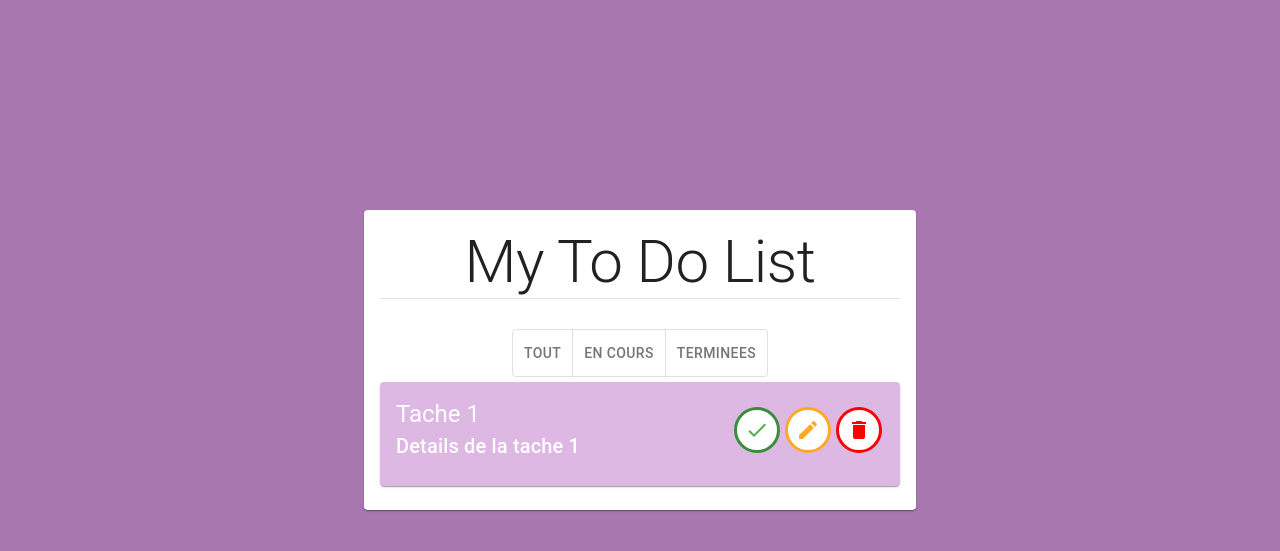
Repository: Fathiyasmine/Todo-list-project
Page: /
The author's editor kept a copy of each file at every save. The page is drawn from the files as they stood at one save, then again after the next save.
The browser window is 1280 px wide. The pictures show the whole page.
The project was rebuilt for these pictures with package versions that can differ from the ones it lists, and the page was loaded fresh each time.

Above is the page before, as saved 2025-12-08 12:02:14.

### src/App.jsx
import "./App.css";
import ToDoList from "./components/ToDoList";
import { createTheme, ThemeProvider } from "@mui/material/styles";
const theme = createTheme({
  Typography: {
    fontFamily: ["Roboto"],
  },
});

function App() {
  return (
    <ThemeProvider theme={theme}>
      <div
        className="App"
        style={{
          display: "flex",
          justifyContent: "center",
          alignItems: "center",
          background: "#a877b0",
          height: "100vh",
        }}
      >
        <ToDoList />
      </div>
    </ThemeProvider>
  );
}

export default App;

### src/App.css
body {
  font-family: C !important;
}
.App {
  text-align: center;
}

.App-logo {
  height: 40vmin;
  pointer-events: none;
}

@media (prefers-reduced-motion: no-preference) {
  .App-logo {
    animation: App-logo-spin infinite 20s linear;
  }
}

.App-header {
  background-color: #282c34;
  min-height: 100vh;
  display: flex;
  flex-direction: column;
  align-items: center;
  justify-content: center;
  font-size: calc(10px + 2vmin);
  color: white;
}

.App-link {
  color: #61dafb;
}

@keyframes App-logo-spin {
  from {
    transform: rotate(0deg);
  }
  to {
    transform: rotate(360deg);
    -webkit-transform: rotate(360deg);
    -moz-transform: rotate(360deg);
    -ms-transform: rotate(360deg);
    -o-transform: rotate(360deg);
  }
}

.iconButton {
  transition: all 0.2s !important;
  -webkit-transition: all 0.2s !important;
  -moz-transition: all 0.2s !important;
  -ms-transition: all 0.2s !important;
  -o-transition: all 0.2s !important;
}
.iconButton:hover {
  background-color: rgba(223, 210, 232, 0.986) !important;
  box-shadow: 0px 7px 7px rgba(0, 0, 0, 0.4);
}
.todocard {
  transition: all 0.2s !important;
  -webkit-transition: all 0.2s !important;
  -moz-transition: all 0.2s !important;
  -ms-transition: all 0.2s !important;
  -o-transition: all 0.2s !important;
}
.todocard:hover {
  padding-bottom: 20px;
  padding-top: 20px;
  box-shadow: 0px 7px 7px rgba(0, 0, 0, 0.4);
}
/*Custom fonts*/
@font-face {
  font-family: A;
  src: url(/public//fonts//Roboto/static/Roboto-Black.ttf);
  font-weight: 900;
}
@font-face {
  font-family: A;
  src: url(/public//fonts//Roboto/static/Roboto-Regular.ttf);
  font-weight: normal;
}
@font-face {
  font-family: A;
  src: url(/public//fonts//Roboto/static/Roboto-Bold.ttf);
  font-weight: bold;
}
@font-face {
  font-family: A;
  src: url(/public//fonts//Roboto/static/Roboto-Medium.ttf);
  font-weight: medium;
}

/*Custom fonts*/

### src/components/TodoList.js
import * as React from "react";
import Container from "@mui/material/Container";
import Card from "@mui/material/Card";
import CardContent from "@mui/material/CardContent";
import Typography from "@mui/material/Typography";
import Divider from "@mui/material/Divider";
import ToggleButton from "@mui/material/ToggleButton";
import ToggleButtonGroup from "@mui/material/ToggleButtonGroup";
//Components
import Todo from "./Todo";
export default function ToDoList() {
  return (
    <Container maxWidth="sm">
      <Card>
        <CardContent>
          <Typography variant="h2">My To Do List</Typography>
          <Divider />
          {/*Filter buttons */}
          <ToggleButtonGroup
            // value={alignment}
            exclusive
            // onChange={handleAlignment}
            aria-label="text alignment"
            style={{ marginTop: "30px" }}
          >
            <ToggleButton value="left">Tout</ToggleButton>
            <ToggleButton value="right">En cours</ToggleButton>
            <ToggleButton value="center">Terminees</ToggleButton>
          </ToggleButtonGroup>
          {/*Filter buttons */}
          {/*All todos */}
          <Todo />
          {/*All todos */}
        </CardContent>
      </Card>
    </Container>
  );
}

### src/components/Todo.js
import Card from "@mui/material/Card";
import CardContent from "@mui/material/CardContent";
import Typography from "@mui/material/Typography";
import Grid from "@mui/material/Grid";
//Icons:
import CheckIcon from "@mui/icons-material/Check";
import DeleteIcon from "@mui/icons-material/Delete";
import EditIcon from "@mui/icons-material/Edit";

import IconButton from "@mui/material/IconButton";
export default function Todo() {
  return (
    <>
      <Card
        className="todocard"
        style={{ color: "white", background: "#c990d3a3", marginTop: 5 }}
      >
        <CardContent>
          <Grid container spacing={2}>
            <Grid size={8}>
              <Typography variant="h5" sx={{ textAlign: "left" }}>
                Tache 1
              </Typography>
              <Typography variant="h6" sx={{ textAlign: "left" }}>
                Details de la tache 1
              </Typography>
            </Grid>
            {/*Action buttons */}

            <Grid
              size={4}
              display="flex"
              justifyContent="space-around"
              alignItems="center"
            >
              {" "}
              <IconButton
                className="iconButton"
                aria-label="delete"
                color="primary"
                style={{
                  color: "#4CAF50",
                  background: "white",
                  border: "solid 3px #388E3C",
                }}
              >
                <CheckIcon />
              </IconButton>
              <IconButton
                className="iconButton"
                aria-label="delete"
                color="primary"
                style={{
                  color: "#FFA726",
                  background: "white",
                  border: "solid 3px #FFA726",
                }}
              >
                <EditIcon />
              </IconButton>
              <IconButton
                className="iconButton"
                aria-label="delete"
                color="primary"
                style={{
                  color: "red",
                  background: "white",
                  border: "solid 3px red",
                }}
              >
                <DeleteIcon />
              </IconButton>
            </Grid>
            {/*Action buttons */}
          </Grid>
        </CardContent>
      </Card>
    </>
  );
}

Loaded but not shown: public/index.html (common file); src/index.js (common file); src/index.css (common file)

After the next save:
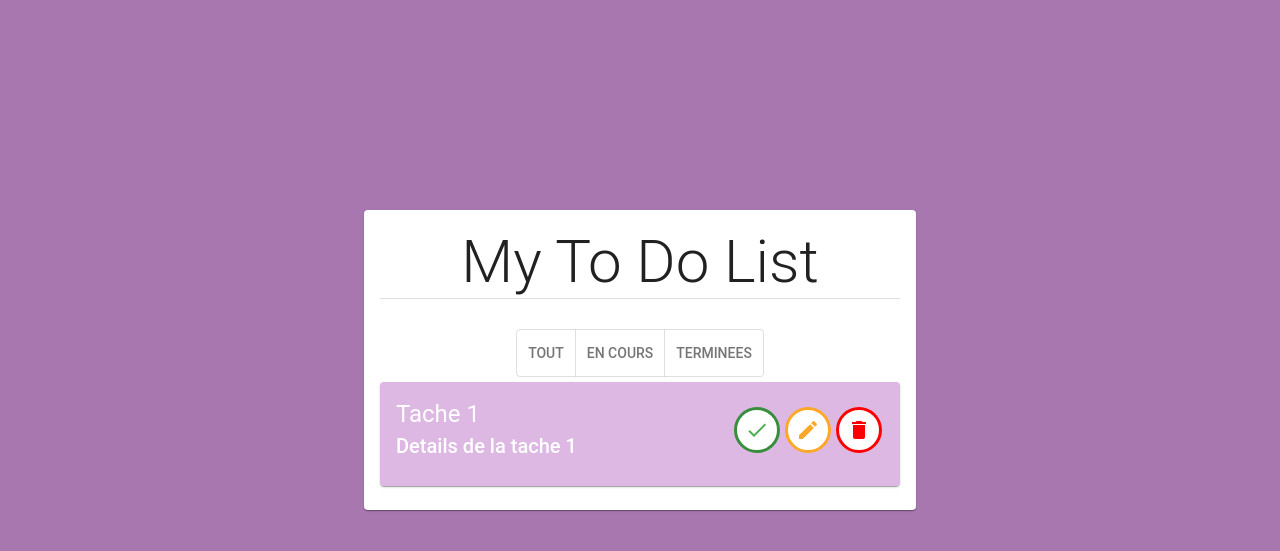
Saved 2 min 38 s later.
--- a/src/App.jsx
+++ b/src/App.jsx
@@ -2,7 +2,7 @@ import "./App.css";
 import ToDoList from "./components/ToDoList";
 import { createTheme, ThemeProvider } from "@mui/material/styles";
 const theme = createTheme({
-  Typography: {
+  typography: {
     fontFamily: ["Roboto"],
   },
 });
